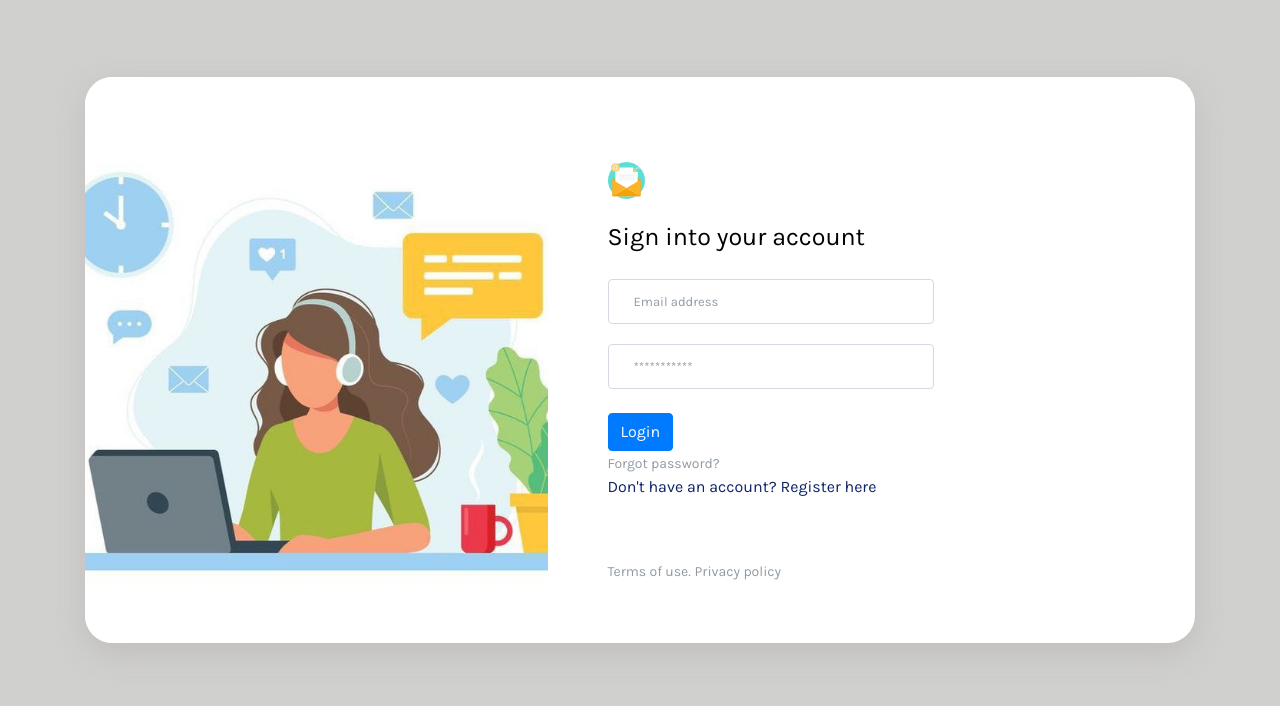
Repository: sara55m/Login
Page: http://localhost/login
These files come from the project's save history. The page is drawn as it stood at one moment and after the next save; the edit follows.
The browser window is 1280 px wide. The pictures show the whole page.
Some web libraries are served in a nearby version. The page is served by the project's Laravel application, run on PHP 8.4 with Laravel 10.

Above is the page before, as saved 2024-03-04 03:55:03.

After the next save:
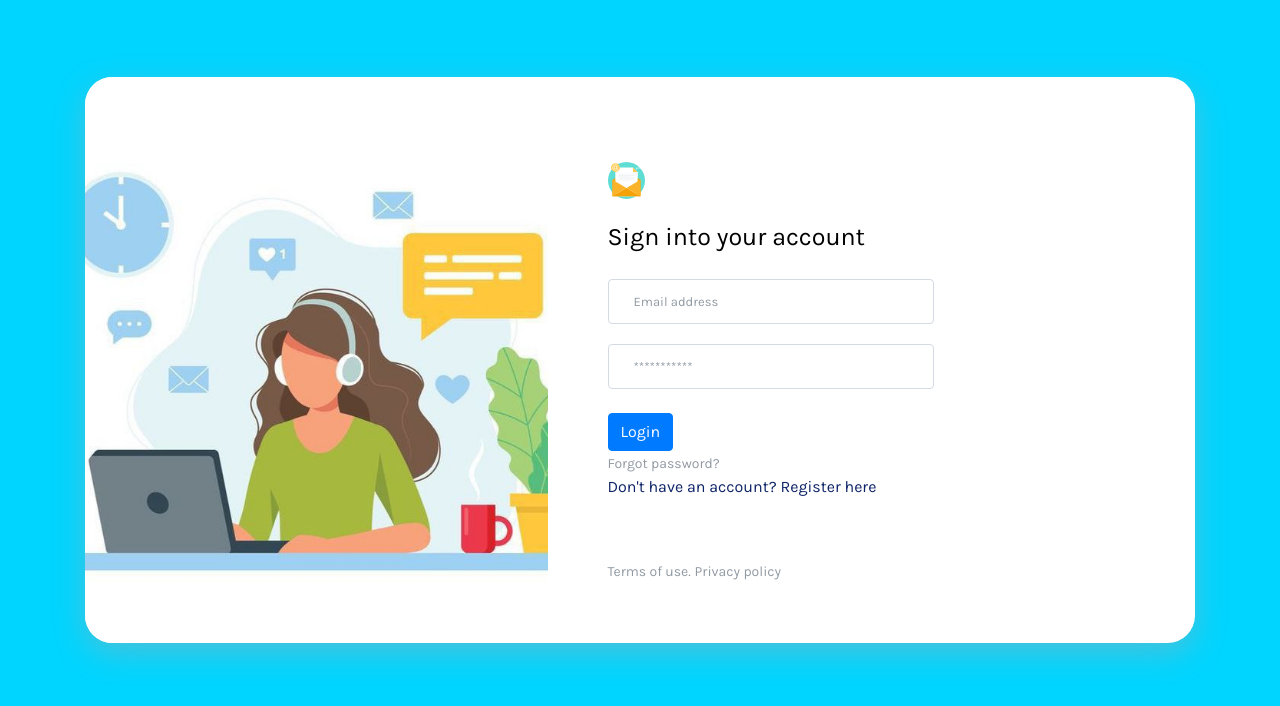
Saved 98 s later.
--- a/public/assets/css/login.css
+++ b/public/assets/css/login.css
@@ -1,6 +1,6 @@
 body {
   font-family: "Karla", sans-serif;
-  background-color: #d0d0ce;
+  background-color: rgb(0, 213, 255);
   min-height: 100vh; }
 
 .brand-wrapper {
